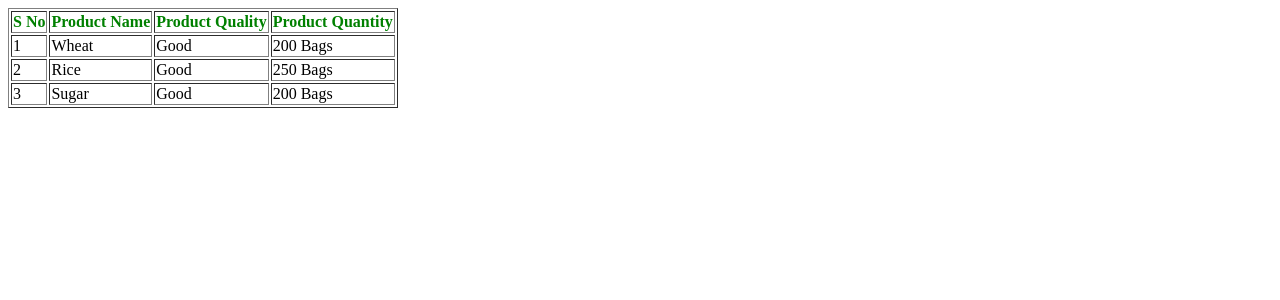
Repository: Niveditha307/aws
Page: session1_2.html
The author's editor kept a record of every edit. The page is drawn from the files as they stood at one moment, then again after the next edit.
The browser window is 1280 px wide. The pictures show the whole page.

Above is the page before.

### session1_2.html
<!doctype html>
<html>
   <head>
       <meta charset="utf-8">
       <title>Table</title>
   </head>
   <body>
    <table border="1">
     <tr style="color:green">
        <th >S No</th>
        <th>Product Name</th>
        <th>Product Quality</th>
        <th>Product Quantity</th>
     </tr>
     <tr>
         <td>1</td>
         <td>Wheat</td>
         <td>Good</td>
         <td>200 Bags</td>
     </tr>
     <tr>
       <td>2</td>
       <td>Rice</td>
       <td>Good</td>
       <td>250 Bags</td>
     </tr>
      <tr>
       <td>3</td>
       <td>Sugar</td>
       <td>Good</td>
       <td>200 Bags</td>
     </tr>



    </table>

        </body>
</html>

After the next edit:
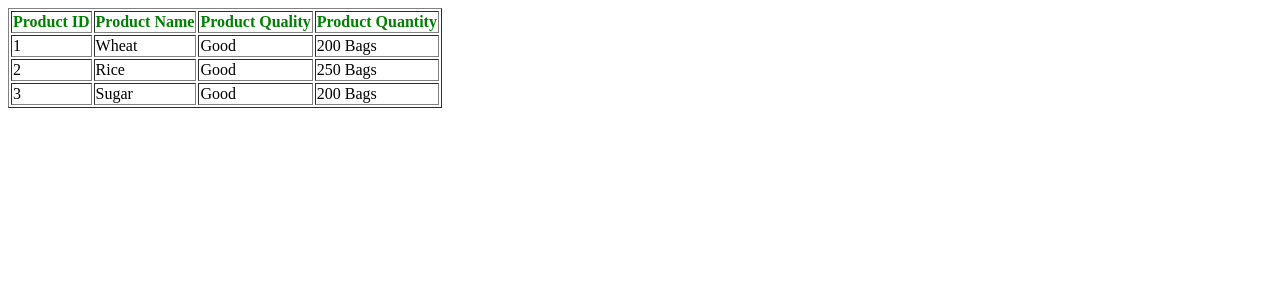
The edit:
--- a/session1_2.html
+++ b/session1_2.html
@@ -7,7 +7,7 @@
    <body>
     <table border="1">
      <tr style="color:green">
-        <th >S No</th>
+        <th >Product ID</th>
         <th>Product Name</th>
         <th>Product Quality</th>
         <th>Product Quantity</th>
